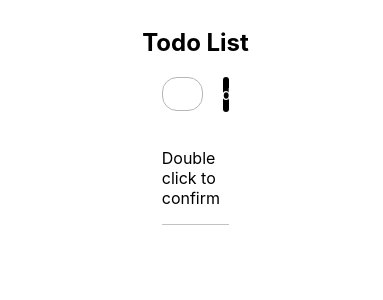
Repository: irenewuu/comp4130_checklist
Page: index.html
An editor plug-in stored every save of this project. The page is shown before and after the next save, followed by the edit.
The browser window is 375 px wide. The page is 383 px wide, so the pictures cover 383 px, including what lies to the right of the window. The pictures show the whole page.

Above is the page before, as saved 2022-01-12 15:55:12.

After the next save:
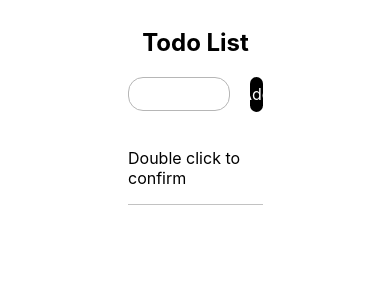
Saved 14 s later.
--- a/style.css
+++ b/style.css
@@ -130,8 +130,4 @@ ul li.checked::before {
     width: 30%;
     height: 26px;
   }*/
-
-  .main {
-    width: 30%;
-  }
 }
